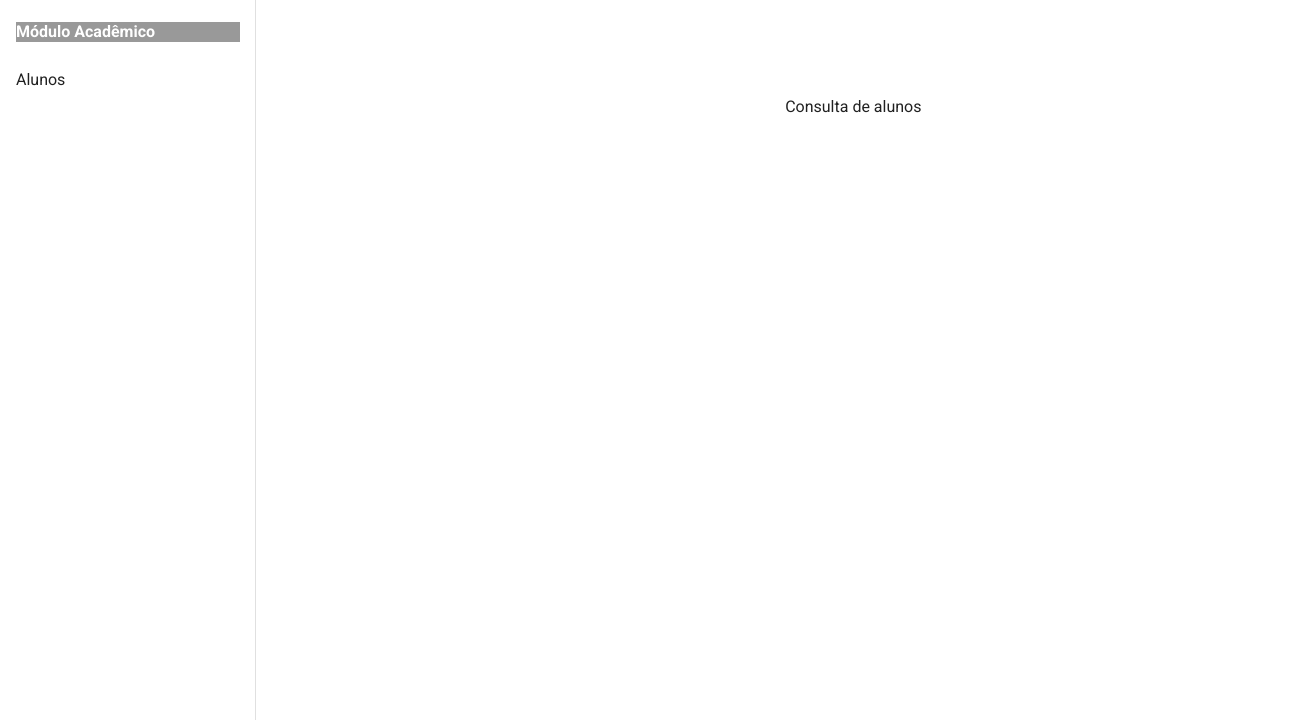
Repository: sergiohidekiono/vue-student
Page: /
These files come from the project's save history. The page is drawn as it stood at one moment and after the next save; the edit follows.
The browser window is 1280 px wide. The page is 1280 px wide, then 1292 px, so the pictures cover 1292 px, including what lies to the right of the window. The pictures show the whole page.
The project was rebuilt for these pictures with package versions that can differ from the ones it lists, and the page was loaded fresh each time. Also part of the build but not shown: vue.config.js.

Above is the page before, as saved 2024-08-07 09:38:05.

### src/App.vue
<template>
  <v-app>
    <v-main class="wrapper">
      <StudentList class="wrapper" />
    </v-main>
  </v-app>
</template>

<script>
import StudentList from './components/student-list';

export default {
  name: 'App',

  components: {
    StudentList,
  },

  data: () => ({
    //
  }),
};
</script>

<style>
.wrapper {
  width: 100vw;
  height: 100vh;
  margin: 0;
}
</style>

### src/components/student-list.vue
<template>
    <v-container>
        <v-row>
            <div class="d-flex align-start">
                <v-img :src="require('../assets/logo.png')" class="my-3" />
            </div>
        </v-row>
        <v-row>
            <v-col cols="2">
                <v-navigation-drawer v-model="drawer" app clipped :permanent="false">
                    <v-list>
                        <v-list-item>
                            <v-list-item-content class="header-table" style="padding: 0 !important;">
                                <v-list-item-title style="padding: 0; margin: 0;">
                                    <h4>Módulo Acadêmico</h4>
                                </v-list-item-title>
                            </v-list-item-content>
                        </v-list-item>
                        <v-list-item link>
                            <v-list-item-content style="padding: 0;">
                                <v-list-item-title>Alunos</v-list-item-title>
                            </v-list-item-content>
                        </v-list-item>
                    </v-list>
                </v-navigation-drawer>
            </v-col>
            <v-col cols="10">
                <v-row cols="12" class="d-flex justify-center">
                    <span>Consulta de alunos</span>
                </v-row>
            </v-col>
        </v-row>
    </v-container>
</template>

<script>

export default {
    mounted() {
        this.$nextTick(() => {
            const elements = document.querySelectorAll('.v-list-item-content');
            elements.forEach(element => {
                element.removeAttribute('tabindex');
            });
        });
    }
};

</script>

<style scoped>
.header-table {
    color: white;
    background: #999999;
    padding: 0 !important;
    /* Força a remoção do padding */
}

.v-list-item-content {
    padding: 0 !important;
    /* Remove padding dos itens de lista */
}

.v-list-item-title {
    padding: 0 !important;
    /* Remove padding dos títulos */
}
</style>

Loaded but not shown: public/index.html (common file); src/main.js (common file); src/plugins/vuetify.js (common file)

After the next save:
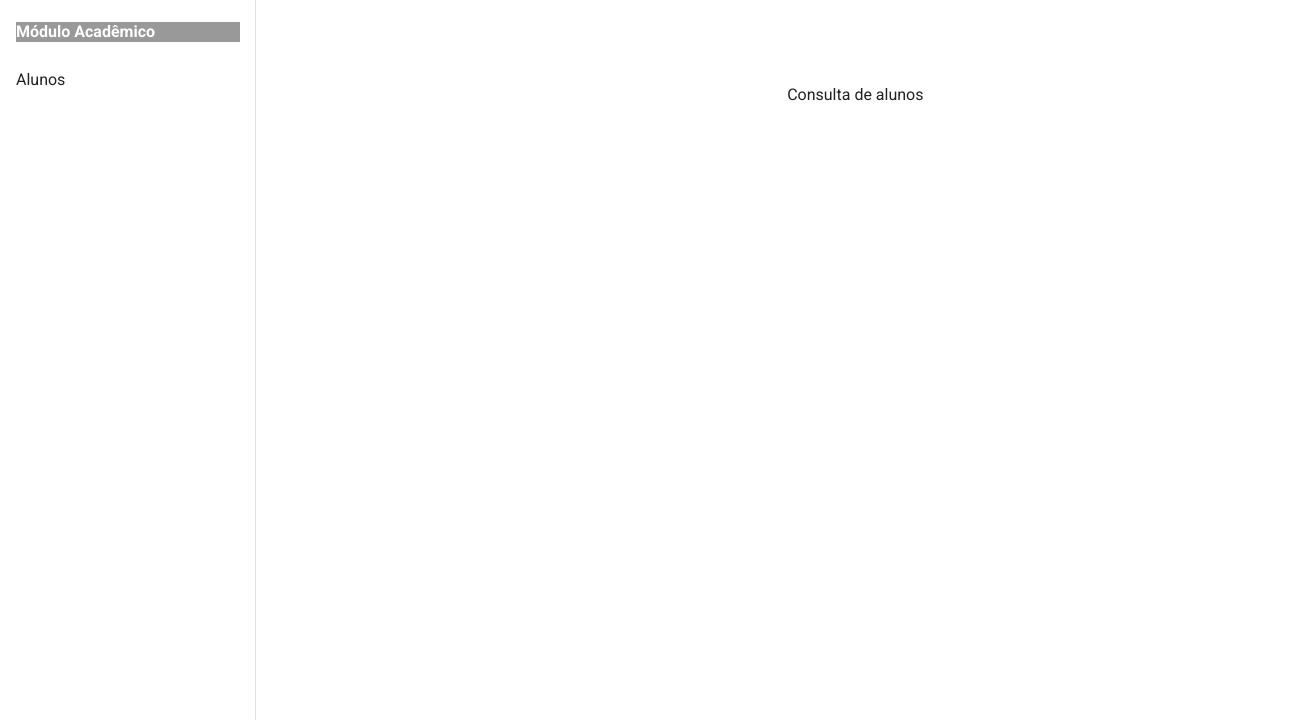
Saved 7 s later.
--- a/src/components/student-list.vue
+++ b/src/components/student-list.vue
@@ -6,29 +6,32 @@
             </div>
         </v-row>
         <v-row>
-            <v-col cols="2">
-                <v-navigation-drawer v-model="drawer" app clipped :permanent="false">
-                    <v-list>
-                        <v-list-item>
-                            <v-list-item-content class="header-table" style="padding: 0 !important;">
-                                <v-list-item-title style="padding: 0; margin: 0;">
-                                    <h4>Módulo Acadêmico</h4>
-                                </v-list-item-title>
-                            </v-list-item-content>
-                        </v-list-item>
-                        <v-list-item link>
-                            <v-list-item-content style="padding: 0;">
-                                <v-list-item-title>Alunos</v-list-item-title>
-                            </v-list-item-content>
-                        </v-list-item>
-                    </v-list>
-                </v-navigation-drawer>
-            </v-col>
-            <v-col cols="10">
-                <v-row cols="12" class="d-flex justify-center">
-                    <span>Consulta de alunos</span>
-                </v-row>
-            </v-col>
+
+            <v-row>
+                <v-col cols="2">
+                    <v-navigation-drawer v-model="drawer" app clipped :permanent="false">
+                        <v-list>
+                            <v-list-item>
+                                <v-list-item-content class="header-table" style="padding: 0 !important;">
+                                    <v-list-item-title style="padding: 0; margin: 0;">
+                                        <h4>Módulo Acadêmico</h4>
+                                    </v-list-item-title>
+                                </v-list-item-content>
+                            </v-list-item>
+                            <v-list-item link>
+                                <v-list-item-content style="padding: 0;">
+                                    <v-list-item-title>Alunos</v-list-item-title>
+                                </v-list-item-content>
+                            </v-list-item>
+                        </v-list>
+                    </v-navigation-drawer>
+                </v-col>
+                <v-col cols="10">
+                    <v-row cols="12" class="d-flex justify-center">
+                        <span>Consulta de alunos</span>
+                    </v-row>
+                </v-col>
+            </v-row>
         </v-row>
     </v-container>
 </template>
